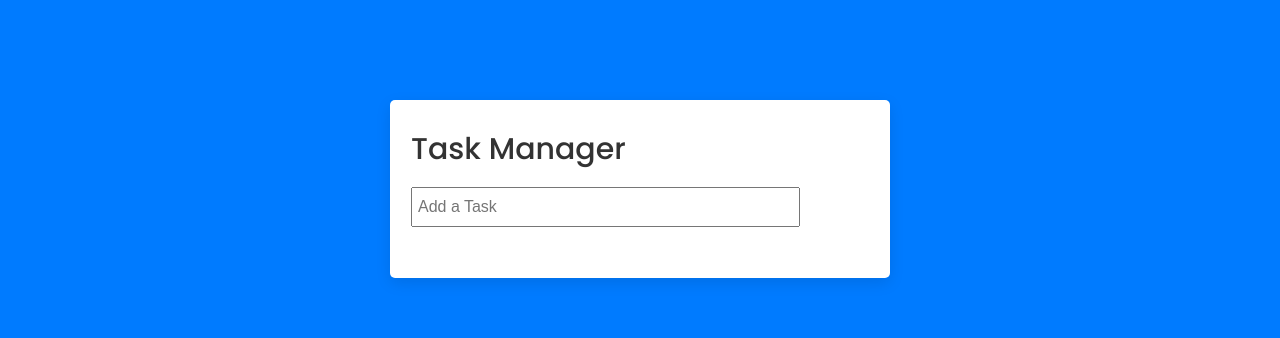
Repository: lucas-andedi/mern-task-manager-app-backend
Page: / (app in frontend/)
An editor plug-in stored every save of this project. The page is shown before and after the next save, followed by the edit.
The browser window is 1280 px wide. The pictures show the whole page.
The project was rebuilt for these pictures with package versions that can differ from the ones it lists, and the page was loaded fresh each time.

Above is the page before, as saved 2022-11-28 16:32:05.

After the next save:
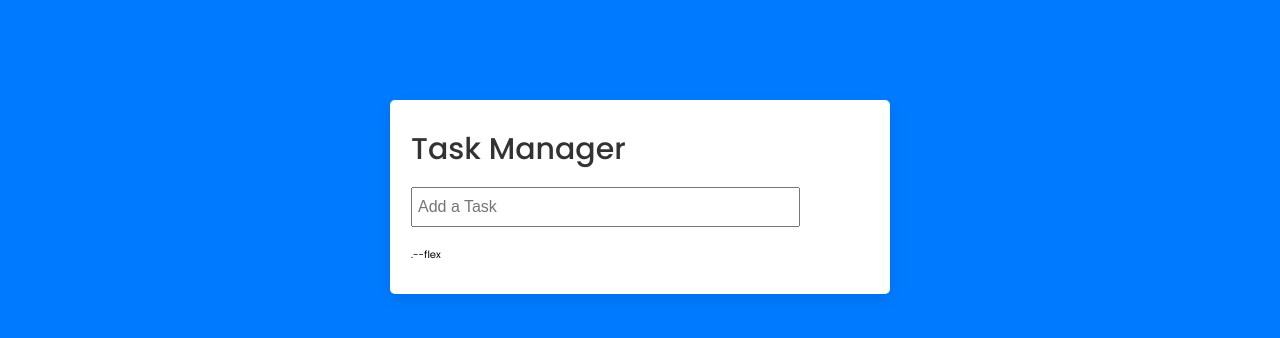
Saved 4 s later.
--- a/frontend/src/components/TaskList.js
+++ b/frontend/src/components/TaskList.js
@@ -6,7 +6,7 @@
     <div>
       <h2>Task Manager</h2>
       <TaskForm />
-
+      .--flex
     </div>
   )
 }

After the 3 saves that followed:
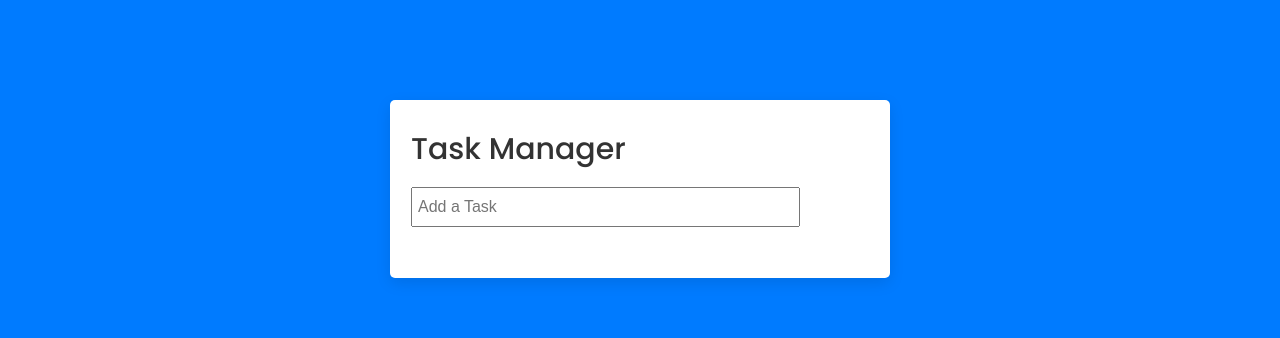
The 3 saves are shown as one change because they came seconds apart.
The last was saved 9 s later.
--- a/frontend/src/components/TaskList.js
+++ b/frontend/src/components/TaskList.js
@@ -6,7 +6,7 @@
     <div>
       <h2>Task Manager</h2>
       <TaskForm />
-      .--flex
+      <div className="--flex-between --pb"></div>
     </div>
   )
 }
